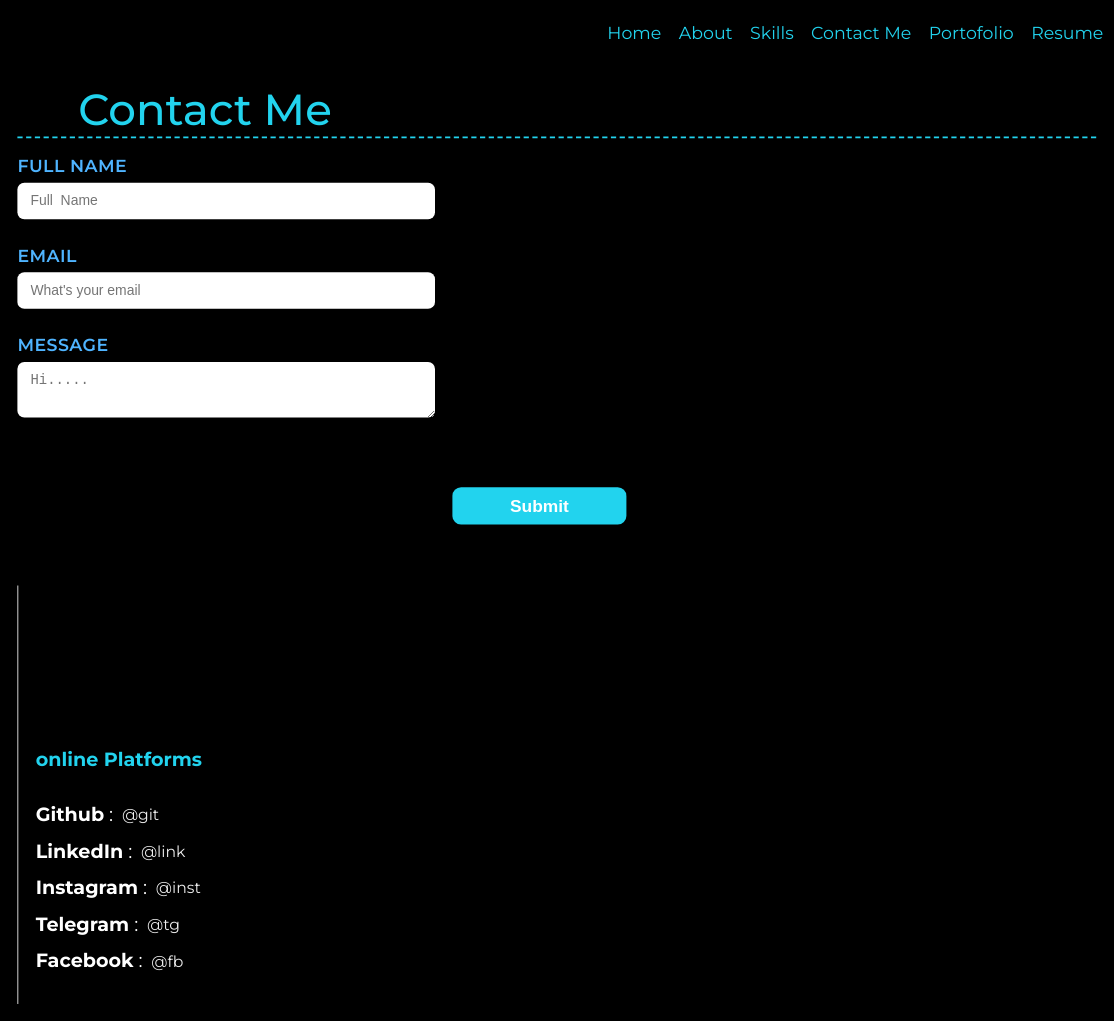
Repository: dev-nimrod009/dev-nimrod009
Page: /contactme (app in my-own-portofolio/)
These files come from the project's save history. The page is drawn as it stood at one moment and after the next save; the edit follows.
The browser window is 1280 px wide. The pictures show the whole page, at 87% of full size.
The project was rebuilt for these pictures with package versions that can differ from the ones it lists, and the page was loaded fresh each time. Also part of the build but not shown: my-own-portofolio/vite.config.ts, my-own-portofolio/src/App.css, my-own-portofolio/src/components/HomePage/styles.scss, my-own-portofolio/src/components/HomePage/index.tsx, my-own-portofolio/src/components/skillpage/styles.scss, my-own-portofolio/src/components/skillpage/index.tsx, my-own-portofolio/src/components/resume/styles.scss, my-own-portofolio/src/components/resume/index.tsx and 4 more.

Above is the page before, as saved 2026-10-17 15:56:33.

### my-own-portofolio/index.html
<!DOCTYPE html>
<html lang="en">
  <head>
    <meta charset="UTF-8" />
    <link rel="icon" type="image/svg+xml" href="/vite.svg" />
    <link rel="preconnect" href="https://fonts.googleapis.com" />
    <link rel="preconnect" href="https://fonts.gstatic.com" crossorigin />
    <link
      href="https://fonts.googleapis.com/css2?family=Montserrat:ital,wght@0,100..900;1,100..900&display=swap"
      rel="stylesheet"
    />
    <meta name="viewport" content="width=device-width, initial-scale=1.0" />
    <title>my-own-portofolio</title>
  </head>
  <body>
    <div id="root"></div>
    <script type="module" src="/src/main.tsx"></script>
  </body>
</html>

### my-own-portofolio/src/index.css
:root {

  --color-primary: #22D3EE;
  --color-secondary: #4FB4FF;
  --color-background: #000000;
  --color-text: #ffffff;
  --color-text-secondary: #eeeeee;
  --color-accent-cyan: #22D3EE;
  --button-color: #22D3EE;
  font-synthesis: none;
  text-rendering: optimizeLegibility;
  -webkit-font-smoothing: antialiased;
  -moz-osx-font-smoothing: grayscale;
}



body {
  margin: 0;
  display: flex;
  place-items: center;
  min-width: 320px;
  min-height: 100vh;
  background-color: #000000;
  font-family: "Montserrat", sans-serif;
  font-optical-sizing: auto;
  font-weight: 400;
  font-style: normal;
}

h1 {
  font-size: 3.2em;
  line-height: 1.1;
}

### my-own-portofolio/src/App.tsx
import { BrowserRouter, Routes, Route } from "react-router-dom";
import "./App.css";
import NavBar from "./components/navBar";
import Home from "./components/HomePage/index.js";
import MySkills from "./components/skillpage/index.js";
import MyContacts from "./components/contacts/index.js";
import Resume from "./components/resume/index.js";
import Portofolio from "./components/portofolio/index.js";
import AboutMe from "./components/aboutme/index.js";

function App() {
  return (
    <div className="main_app_container">
      <BrowserRouter>
        <div className="nav_app_bar">
          <NavBar />
        </div>
        <div className="container_app">
          <Routes>
            <Route path="/" element={<Home />} />
            <Route path="/skills" element={<MySkills />} />
            <Route path="/contactme" element={<MyContacts />} />
            <Route path="/resume" element={<Resume />} />
            <Route path="/portofolio" element={<Portofolio />} />
            <Route path="/about" element={<AboutMe />} />
          </Routes>
        </div>
      </BrowserRouter>
    </div>
  );
}

export default App;

### my-own-portofolio/src/components/navBar/index.tsx
import { useNavigate, Link } from "react-router-dom";
import "./styles.scss";
export default function NavBar() {
  const lists = [
    {
      name: " Home",
      path: "/",
    },
    {
      name: "About",
      path: "/about",
    },
    {
      name: "Skills",
      path: "/skills",
    },
    {
      name: "Contact Me",
      path: "/contactme",
    },
    {
      name: "Portofolio",
      path: "/portofolio",
    },
    {
      name: "Resume",
      path: "/resume",
    },
  ];

  return (
    <div className="nav_nav_nav_bar">
      <ul>
        {lists.map((items, i) => (
          <li key={i}>
            <Link to={items.path}>{items.name}</Link>
          </li>
        ))}
      </ul>
    </div>
  );
}

### my-own-portofolio/src/components/contacts/index.tsx
import React from "react";
import HeadName from "../headName/headName";
import "./styles.scss";
export default function MyContacts() {
  const socialHandles = [
    {
      name: " Email",
      value: "01nimrodkinyanjui@gmail.com",
    },
    {
      name: "Phone Number",
      value: "0113008096",
    },
  ];
  const metaHandles = [
    {
      name: "Github",
      value: "@git",
    },
    {
      name: "LinkedIn",
      value: "@link",
    },
    {
      name: "Instagram",
      value: "@inst",
    },
    {
      name: "Telegram",
      value: "@tg",
    },
    {
      name: "Facebook",
      value: "@fb",
    },
  ];

  return (
    <div className="main_div_contact">
      <HeadName headName="Contact Me" />
      <form className="input_part">
        <label>
          Full Name
          <input placeholder="Full  Name" type="text" />
        </label>
        <label id="email-part">
          Email
          <input
            className="email-part"
            type="email"
            placeholder="What's your email"
          />
        </label>

        <label id="content" htmlFor="content">
          Message
          <textarea id="content" placeholder="Hi....." />
        </label>
        <button type="submit">Submit</button>
      </form>
      <div className="social_holders">
        <div className="my_handles">
          <p>Directly contact me through </p>
          <ul>
            {socialHandles.map((item, i) => (
              <li key={i}>
                <span>
                  <b>{item.name} :</b>{" "}
                </span>
                <span>{item.value}</span>
              </li>
            ))}
          </ul>
        </div>
        <div className="meta_handles">
          <p> online Platforms</p>
          <ul>
            {metaHandles.map((item, i) => (
              <li key={i}>
                <span>
                  <b>{item.name}</b> :{" "}
                </span>
                <a>{item.value}</a>
              </li>
            ))}
          </ul>
        </div>
      </div>
    </div>
  );
}

### my-own-portofolio/src/components/navBar/styles.scss
.nav_nav_nav_bar {
    display: flex;
    position: sticky;
    top: 0;
    right: 20px;
    min-width: 100vw;

    ul {
        display: flex;
        right: 0;
        padding-left: 43rem;
        justify-items: center;


        li {
            list-style: none;
            gap: 10px;
            padding: 10px;
            outline: none;


            a {
                font-weight: 400;
                font-size: 20px;
                position: relative;
                display: inline-block;
                color: var(--color-primary);
                text-decoration: none;
                cursor: pointer;

                &::after {
                    content: '';
                    position: absolute;
                    bottom: -3px;
                    left: 0;
                    width: 0;
                    height: 3px;
                    background-color: var(--color-text);
                    transition: width 0.3s ease-out;
                }

                &:hover {
                    &::after {
                        width: 100%;
                    }

                }
            }
        }
    }
}

### my-own-portofolio/src/components/headName/headName.tsx
import "./styles.scss";

type HeadNameProps = {
  headName: string;
};

function HeadName({ headName }: HeadNameProps) {
  return (
    <div className="head_container">
      <p>{headName}</p>
    </div>
  );
}

export default HeadName;

### my-own-portofolio/src/components/contacts/styles.scss
.main_div_contact {
    display: grid;
    padding: 20px;

    .input_part {
        display: grid;

        gap: 30px;
        padding: 20px 40px 20px 0;

        label {
            display: grid;
            min-height: 30px;
            gap: 7px;
            font-size: 20px;
            font-weight: 600;
            color: var(--color-secondary);
            text-transform: uppercase;
            letter-spacing: 0.5px;
        }


        input:focus,
        textarea:focus {
            outline: none;
            border-color: var(--color-primary);
            box-shadow: 0 0 0 3px rgba(79, 70, 229, 0.2);

        }

        input,
        textarea {

            padding: 12px 15px;
            width: 100%;

            max-width: 450px;
            font-size: 16px;
            border: 2px solid var(--color-border);
            border-radius: 8px;
            transition: border-color 0.3s ease, box-shadow 0.3s ease;

        }

        textarea {
            min-height: 40px;
            resize: vertical;
        }

        button {
            margin: 50px auto;
            padding: 10px;
            font-size: 20px;
            font-weight: 700;
            background-color: var(--button-color);
            color: var(--color-text);
            width: 200px;
            border: none;
            cursor: pointer;
            transition: background-color 0.3s ease, transform 0.1s ease, box-shadow 0.3s ease;
            border-radius: 10px;


            &:hover {
                background-color: var(--color-secondary);

            }

        }
    }

    .social_holders {
        display: grid;
        gap: 40px;
        padding: 20px;
        border-left: 1px solid var(--color-text-secondary);


        .meta_handles {

            p {
                font-size: 22px;
                font-weight: 700;
                color: var(--color-primary);
                margin-bottom: 15px;
                border-bottom: 2px solid var(--primary-color);
                display: inline-block;
                padding-bottom: 5px;
            }

            ul {
                padding: 0;
                list-style: none;
                display: grid;
                gap: 15px;

                li {
                    display: flex;
                    align-items: center;
                    gap: 10px;

                    span {
                        font-size: 22px;
                        font-weight: 400px;
                        color: var(--color-text);
                    }


                    a {
                        cursor: pointer;
                        font-size: 18px;
                        color: var(--color-text-secondary);
                        text-decoration: none;
                        transition: color 0.2s ease;
                    }

                    a:hover {
                        color: var(--color-secondary);
                        text-decoration: underline;
                    }
                }
            }
        }
    }
}

### my-own-portofolio/src/components/headName/styles.scss
.head_container {
    border-bottom: 2px dashed var(--color-primary);
    width: 100%;

    p {
        font-size: 50px;
        margin: 0 0 0 70px;
        font-weight: 500;
        color: var(--color-primary);
    }
}

Loaded but not shown: my-own-portofolio/src/main.tsx (common file)

After the next save:
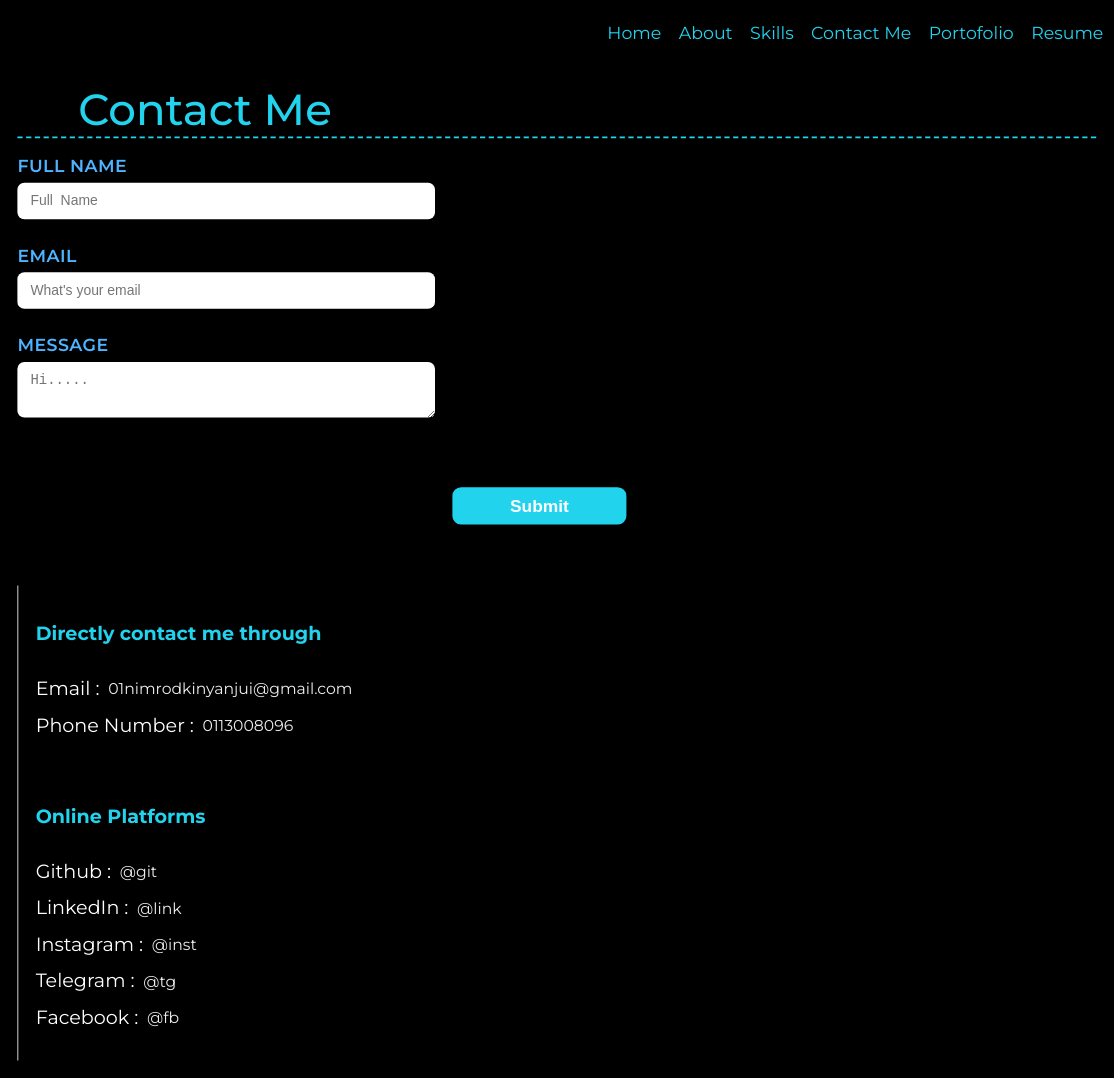
Saved 30 s later.
--- a/my-own-portofolio/src/components/contacts/index.tsx
+++ b/my-own-portofolio/src/components/contacts/index.tsx
@@ -1,6 +1,6 @@
-import React from "react";
 import HeadName from "../headName/headName";
 import "./styles.scss";
+
 export default function MyContacts() {
   const socialHandles = [
     {
@@ -59,27 +59,23 @@ export default function MyContacts() {
         <button type="submit">Submit</button>
       </form>
       <div className="social_holders">
-        <div className="my_handles">
+        <div className="meta_handles">
           <p>Directly contact me through </p>
           <ul>
             {socialHandles.map((item, i) => (
               <li key={i}>
-                <span>
-                  <b>{item.name} :</b>{" "}
-                </span>
-                <span>{item.value}</span>
+                <span>{item.name} :</span>
+                <a>{item.value}</a>
               </li>
             ))}
           </ul>
         </div>
         <div className="meta_handles">
-          <p> online Platforms</p>
+          <p> Online Platforms</p>
           <ul>
             {metaHandles.map((item, i) => (
               <li key={i}>
-                <span>
-                  <b>{item.name}</b> :{" "}
-                </span>
+                <span>{item.name} :</span>
                 <a>{item.value}</a>
               </li>
             ))}
